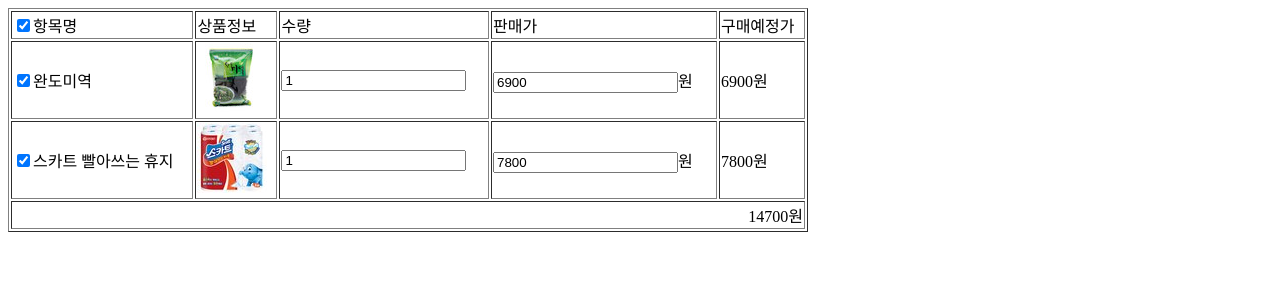
Repository: snowcuphea/webwork_class
Page: clientweb/WebContent/js_bom/js_check_exam2.html
An editor plug-in stored every save of this project. The page is shown before and after the next save, followed by the edit.
The browser window is 1280 px wide. The pictures show the whole page.
After loading, the first visible `input` was clicked once.

Above is the page before, as saved 2020-01-09 07:14:33.

After the next save:
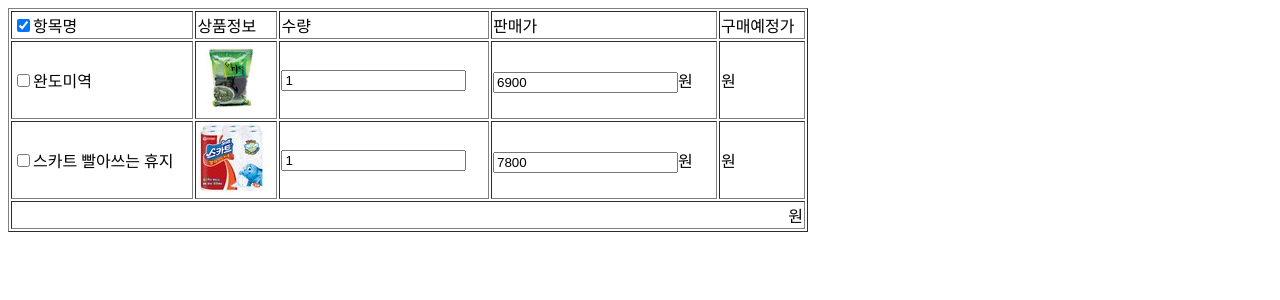
Console error: TypeError: Cannot read properties of undefined (reading 'prd')
Saved 64 s later.
--- a/clientweb/WebContent/js_bom/js_check_exam2.html
+++ b/clientweb/WebContent/js_bom/js_check_exam2.html
@@ -5,10 +5,10 @@
 <title>Insert title here</title>
 
 <script type="text/javascript">
+mycheck = document.myform.prd;//각 상품별 체크박스
 
 function checkAll(){
 
-	mycheck = document.myform.prd;//각 상품별 체크박스
 	allcheckVal = myform.allchk.checked; //전체선택체크박스
 
 	for(i=0;i<mycheck.length;i++){

After the save that followed:
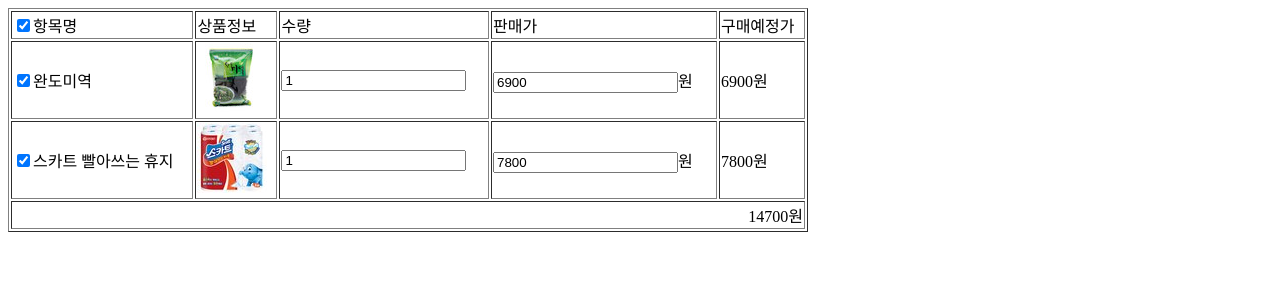
The error is gone.
Saved 97 s later.
--- a/clientweb/WebContent/js_bom/js_check_exam2.html
+++ b/clientweb/WebContent/js_bom/js_check_exam2.html
@@ -5,10 +5,10 @@
 <title>Insert title here</title>
 
 <script type="text/javascript">
-mycheck = document.myform.prd;//각 상품별 체크박스
+
 
 function checkAll(){
-
+	mycheck = document.myform.prd;//각 상품별 체크박스
 	allcheckVal = myform.allchk.checked; //전체선택체크박스
 
 	for(i=0;i<mycheck.length;i++){
